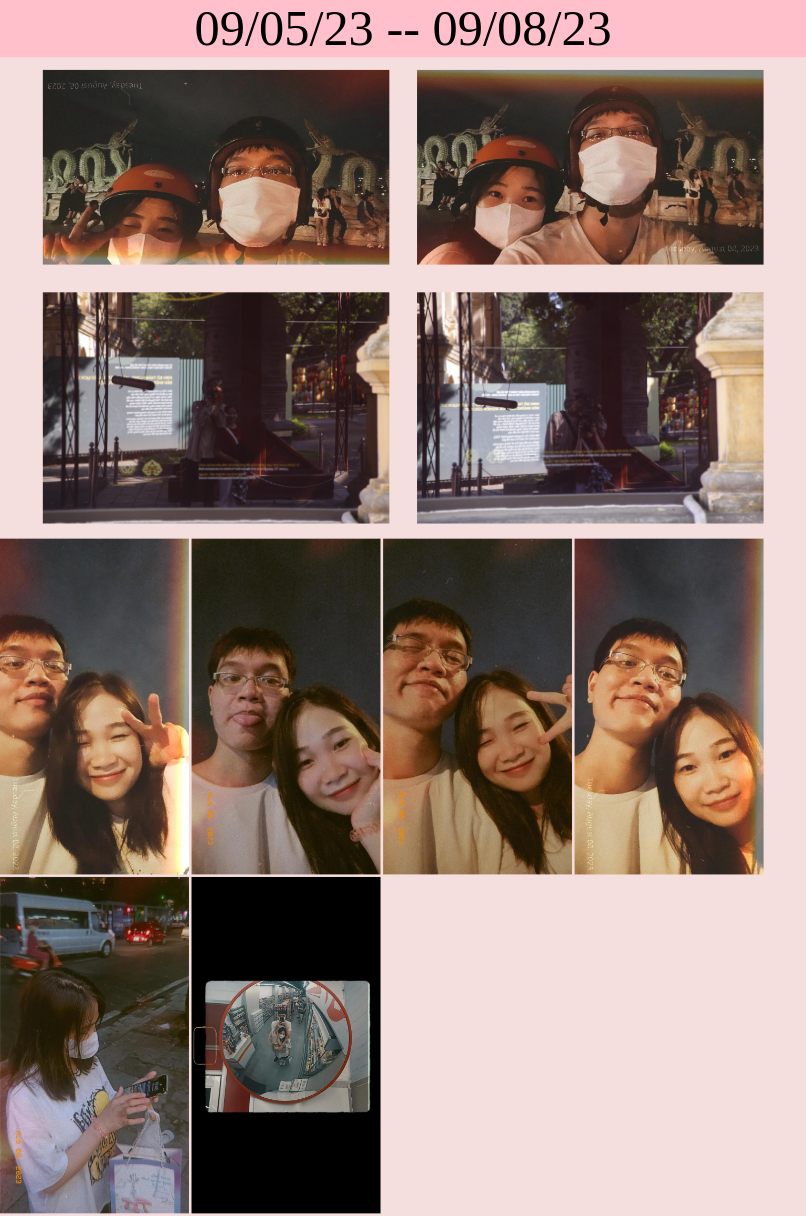
Repository: Hanhanh06/0907
Page: code/0908.html
These files come from the project's save history. The page is drawn as it stood at one moment and after the next save; the edit follows.
The browser window is 1280 px wide. The pictures show the whole page, at 63% of full size.

Above is the page before, as saved 2023-08-17 17:49:42.

### code/0908.html
<!DOCTYPE html>
<html lang="en">
<head>
    <meta charset="UTF-8">
    <meta name="viewport" content="width=device-width, initial-scale=1.0">
    <title>Document</title>
    <style>

    body{

      height: 100%;

   padding: 0;

   margin: 0;


   background: #f5dede;

 }

    </style>
</head>

        <head>

        </head>
        <body>

        <center> <div style="background-color: pink; font-size: 80px; "> 09/05/23 -- 09/08/23</div>
        <img src="001.jpg" alt="Hình ảnh không tồn tại" width="550px" style="margin: 20px;" >
       <img src="002.jpg" alt="Hình ảnh không tồn tại" width="550px"  style="margin: 20px;">

       <img src="014.JPG" alt="Hình ảnh không tồn tại"width="550px" style="margin: 20px;" >
       <!-- <p style="color: crimson;font-size: 16px;"> đi Hồ Tây nè! </p> -->
       <img src="012.JPG" alt="Hình ảnh không tồn tại" width="550px" style="margin: 20px;">

      </center>

       <!-- <p style="color: crimson;font-size: 16px;"> đi Hồ Tây nè!</p> -->
       <img src="003.jpg" alt="Hình ảnh không tồn tại" width="300px">
       <!-- <p style="color: crimson;font-size: 16px;">  đi Hồ Tây nè!</p> -->
       <img src="004.jpg" alt="Hình ảnh không tồn tại" width="300px">
       <!-- <p style="color: crimson;font-size: 16px;">  đi Hồ Tây nè! </p> -->
       <img src="005.jpg" alt="Hình ảnh không tồn tại" width="300px">
       <!-- <p style="color: crimson;font-size: 16px;">  đi Hồ Tây nè! </p> -->
       <img src="006.jpg" alt="Hình ảnh không tồn tại" width="300px" >
       <!-- <p style="color: crimson;font-size: 16px;">  đi Hồ Tây nè!</p> -->
       <img src="007.jpg" alt="Hình ảnh không tồn tại" width="300px">
       <!-- <p style="color: crimson;font-size: 16px;">  đi Hồ Tây nè!</p> -->
       <img src="008.jpg" alt="Hình ảnh không tồn tại" width="300px">
       <!-- <p style="color: crimson;font-size: 16px;">  đi Hồ Tây nè!</p> -->

</body>
</html>

After the next save:
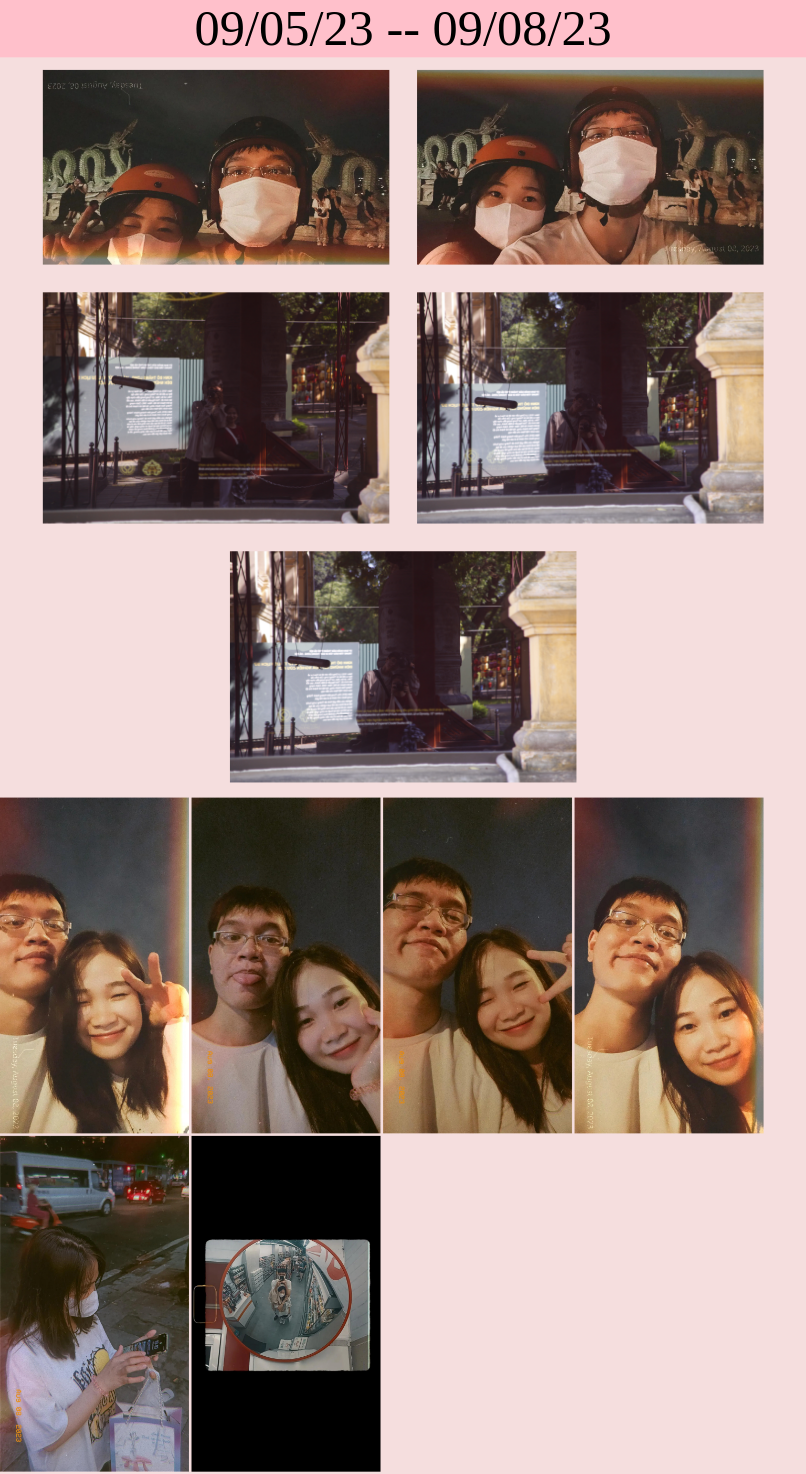
Saved 6 s later.
--- a/code/0908.html
+++ b/code/0908.html
@@ -34,7 +34,7 @@
        <img src="014.JPG" alt="Hình ảnh không tồn tại"width="550px" style="margin: 20px;" >
        <!-- <p style="color: crimson;font-size: 16px;"> đi Hồ Tây nè! </p> -->
        <img src="012.JPG" alt="Hình ảnh không tồn tại" width="550px" style="margin: 20px;">
-
+       <img src="012.JPG" alt="Hình ảnh không tồn tại" width="550px" style="margin: 20px;">
       </center>
 
        <!-- <p style="color: crimson;font-size: 16px;"> đi Hồ Tây nè!</p> -->
